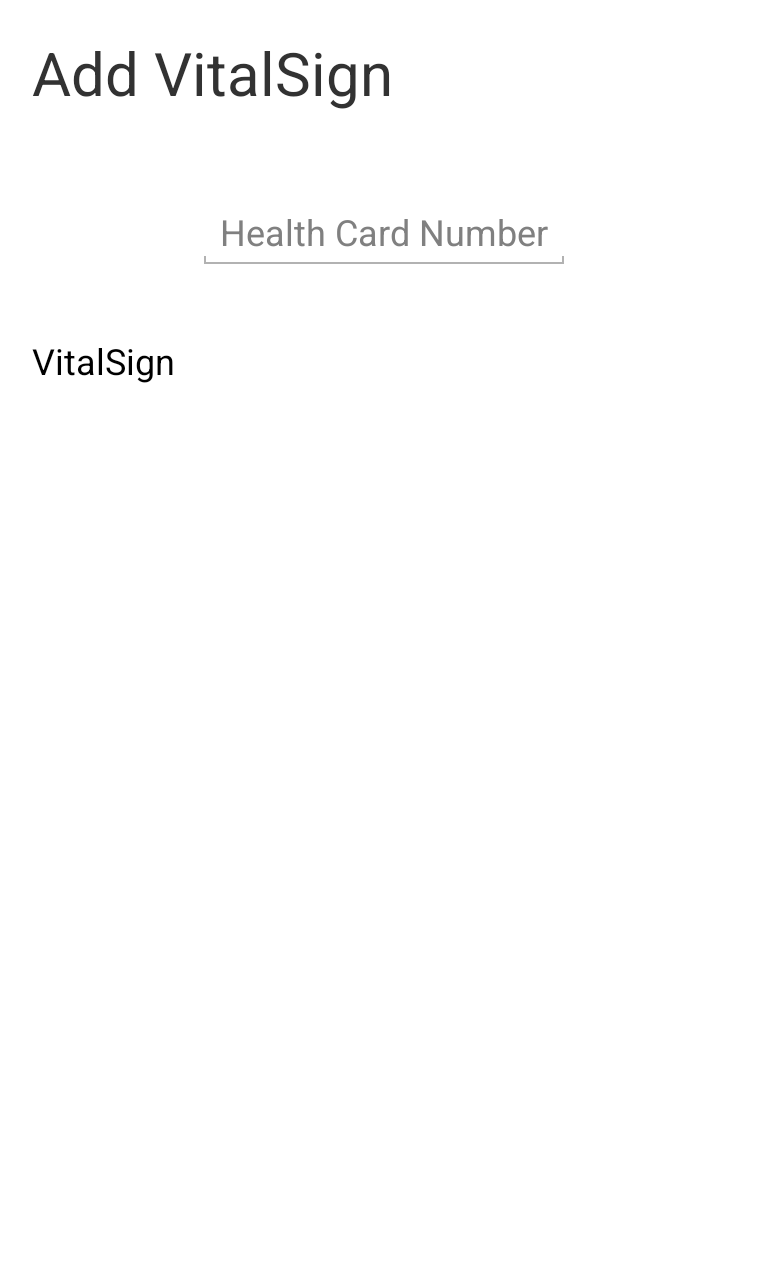
Repository: wangyuan0915/ER
Layout: workspace2/phase3/res/layout/activity_add_vital_sign.xml
An editor plug-in stored every save of this project. The layout is shown before and after the next save, followed by the edit.
It is drawn on a 768 x 1280 px phone screen (xhdpi) without system bars, with theme AppTheme; the app's code is not run.

Above is the layout before, as saved 2013-11-24 06:14:51.

After the next save:
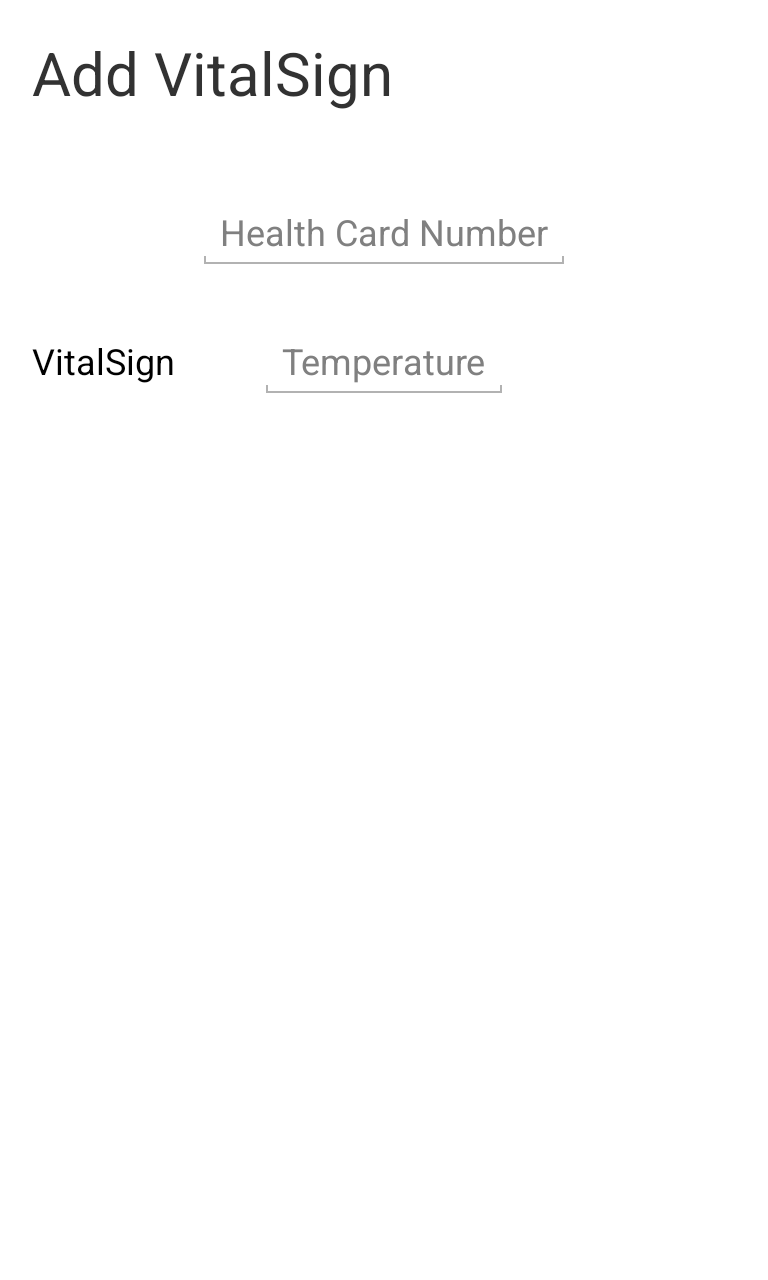
Saved 10 s later.
--- a/workspace2/phase3/res/layout/activity_add_vital_sign.xml
+++ b/workspace2/phase3/res/layout/activity_add_vital_sign.xml
@@ -34,7 +34,17 @@
         android:layout_alignLeft="@+id/addvitalsign"
         android:layout_below="@+id/healthcardnum"
         android:layout_marginTop="32dp"
-        android:text="VitalSign"
+        android:text="@string/VitalSign"
+        android:textAppearance="?android:attr/textAppearanceMedium" />
+
+    <EditText
+        android:id="@+id/temperature"
+        android:layout_width="wrap_content"
+        android:layout_height="wrap_content"
+        android:layout_alignBaseline="@+id/VitalSign"
+        android:layout_alignBottom="@+id/VitalSign"
+        android:layout_centerHorizontal="true"
+        android:hint="@string/Temperature"
         android:textAppearance="?android:attr/textAppearanceMedium" />
 
 </RelativeLayout>
